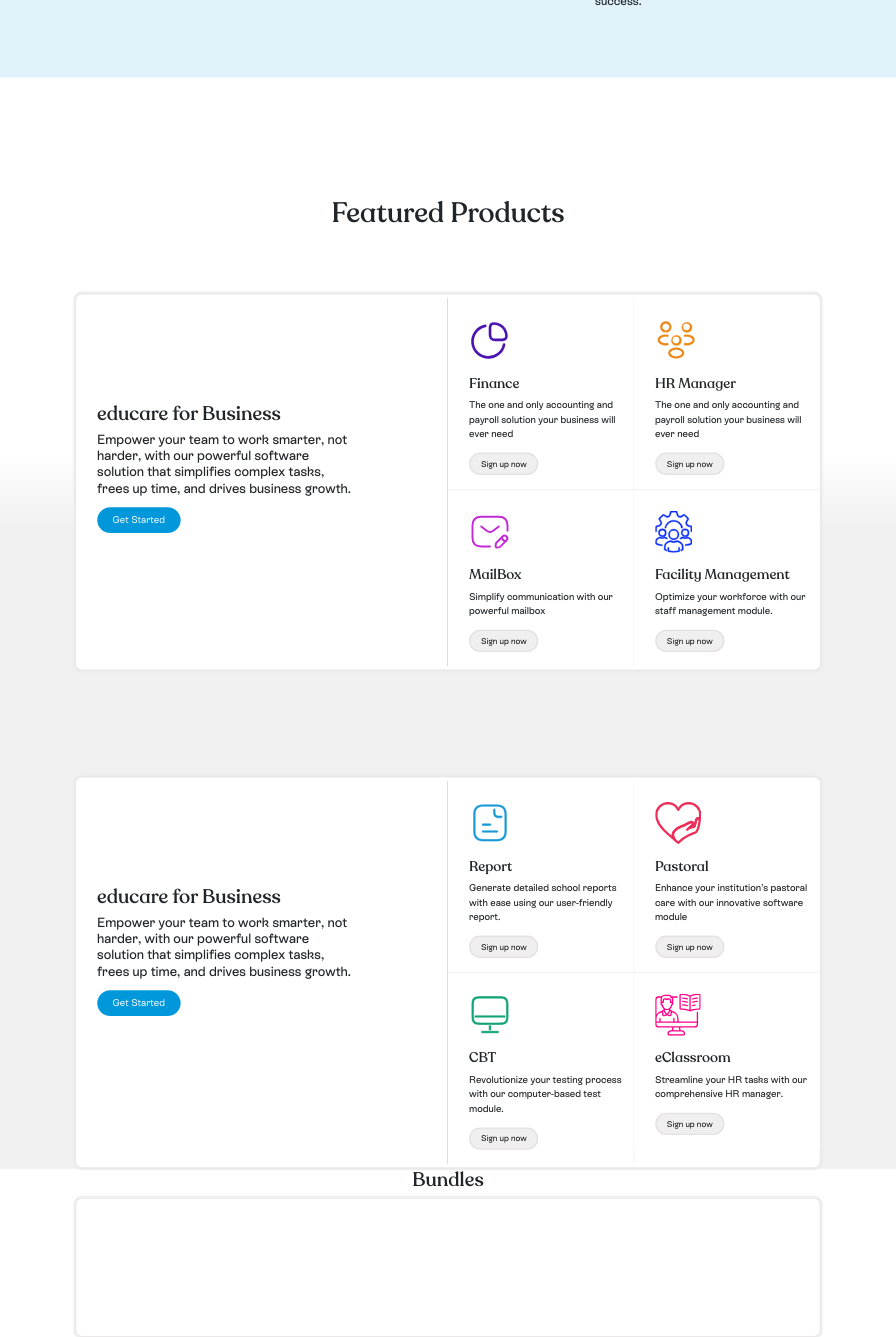
Repository: sarahnnanyelugo/educare-web
Page: /
An editor plug-in stored every save of this project. The page is shown before and after the next save, followed by the edit.
The browser window is 1280 px wide. The pictures show the part of the page from y = 782 to 2702 px (the page is 2692 px tall before and 2702 px after), at 70% of full size.
The project was rebuilt for these pictures with package versions that can differ from the ones it lists, and the page was loaded fresh each time.

Above is the page before, as saved 2023-04-05 09:47:43.

After the next save:
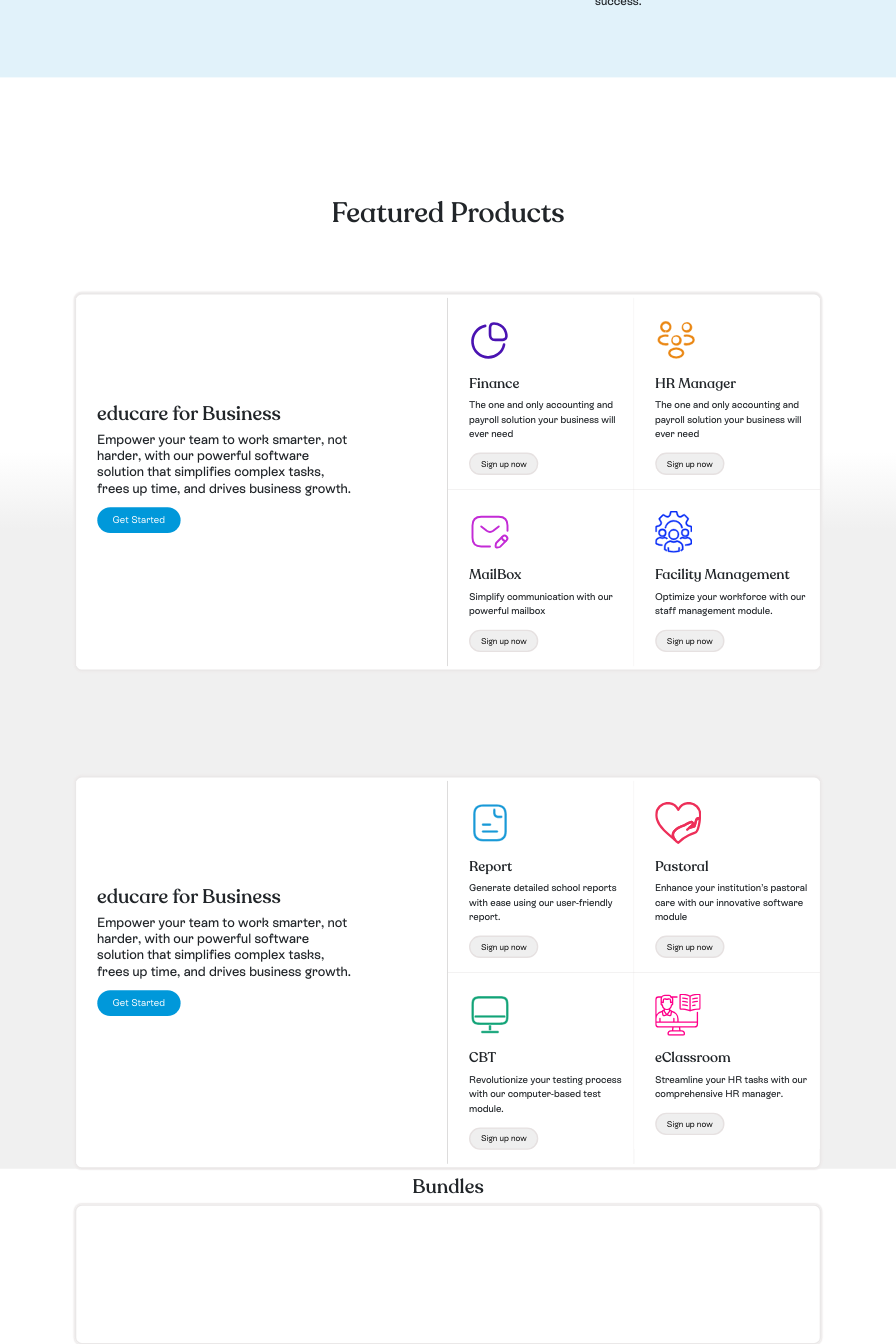
Saved 13 s later.
--- a/src/pages/Home/Home.tsx
+++ b/src/pages/Home/Home.tsx
@@ -171,7 +171,7 @@ export const Home = () => {
           </div>
         </div>
       </div>
-      <center>
+      <center className="mt1">
         <h3>Bundles</h3>
       </center>
       <div className="col-md-12 bundles-container flexy">
